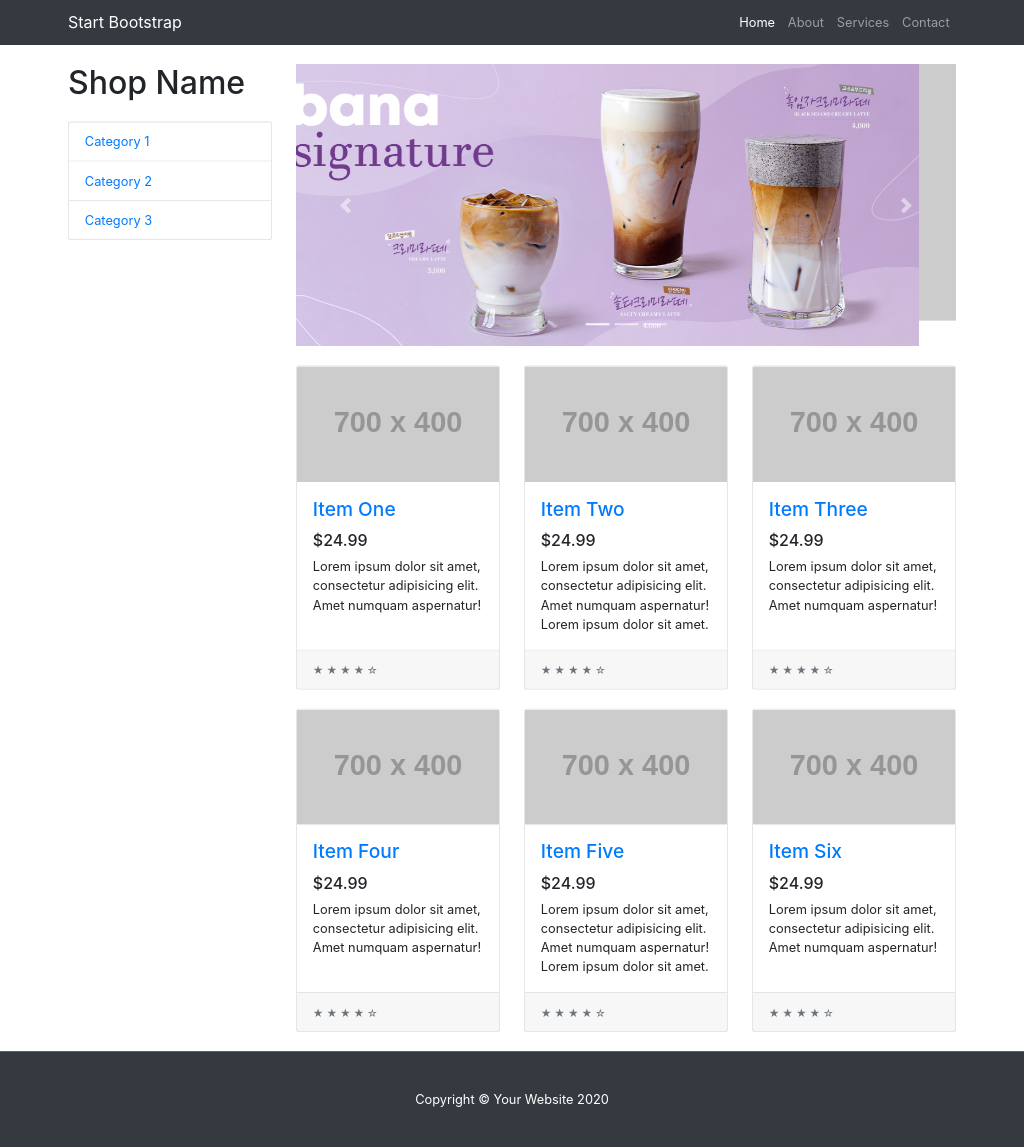
Repository: InKyu24/STS_Workspace
Page: SpringBoot01_Mybatis_Cafe2/src/main/resources/static/index.html
The author's editor kept a copy of each file at every save. The page is drawn from the files as they stood at one save, then again after the next save.
The browser window is 1280 px wide. The pictures show the whole page, at 80% of full size.

Above is the page before, as saved 2021-03-23 04:44:06.

### SpringBoot01_Mybatis_Cafe2/src/main/resources/static/index.html
<!DOCTYPE html>
<html lang="en">

<head>

  <meta charset="utf-8">
  <meta name="viewport" content="width=device-width, initial-scale=1, shrink-to-fit=no">
  <meta name="description" content="">
  <meta name="author" content="">

  <title>Shop Homepage - Start Bootstrap Template</title>

  <!-- Bootstrap core CSS -->
  <link href="vendor/bootstrap/css/bootstrap.min.css" rel="stylesheet">

  <!-- Custom styles for this template -->
  <link href="css/shop-homepage.css" rel="stylesheet">

</head>

<body>

  <!-- Navigation -->
  <nav class="navbar navbar-expand-lg navbar-dark bg-dark fixed-top">
    <div class="container">
      <a class="navbar-brand" href="#">Start Bootstrap</a>
      <button class="navbar-toggler" type="button" data-toggle="collapse" data-target="#navbarResponsive" aria-controls="navbarResponsive" aria-expanded="false" aria-label="Toggle navigation">
        <span class="navbar-toggler-icon"></span>
      </button>
      <div class="collapse navbar-collapse" id="navbarResponsive">
        <ul class="navbar-nav ml-auto">
          <li class="nav-item active">
            <a class="nav-link" href="#">Home
              <span class="sr-only">(current)</span>
            </a>
          </li>
          <li class="nav-item">
            <a class="nav-link" href="#">About</a>
          </li>
          <li class="nav-item">
            <a class="nav-link" href="#">Services</a>
          </li>
          <li class="nav-item">
            <a class="nav-link" href="#">Contact</a>
          </li>
        </ul>
      </div>
    </div>
  </nav>

  <!-- Page Content -->
  <div class="container">

    <div class="row">

      <div class="col-lg-3">

        <h1 class="my-4">Shop Name</h1>
        <div class="list-group">
          <a href="#" class="list-group-item">Category 1</a>
          <a href="#" class="list-group-item">Category 2</a>
          <a href="#" class="list-group-item">Category 3</a>
        </div>

      </div>
      <!-- /.col-lg-3 -->

      <div class="col-lg-9">

        <div id="carouselExampleIndicators" class="carousel slide my-4" data-ride="carousel">
          <ol class="carousel-indicators">
            <li data-target="#carouselExampleIndicators" data-slide-to="0" class="active"></li>
            <li data-target="#carouselExampleIndicators" data-slide-to="1"></li>
            <li data-target="#carouselExampleIndicators" data-slide-to="2"></li>
          </ol>
          <div class="carousel-inner" role="listbox">
            <div class="carousel-item active">
              <img class="d-block img-fluid" src="img/2009_크리미라떼3종_상단배너.jpg" alt="First slide">
            </div>
            <div class="carousel-item">
              <img class="d-block img-fluid" src="http://placehold.it/900x350" alt="Second slide">
            </div>
            <div class="carousel-item">
              <img class="d-block img-fluid" src="http://placehold.it/900x350" alt="Third slide">
            </div>
          </div>
          <a class="carousel-control-prev" href="#carouselExampleIndicators" role="button" data-slide="prev">
            <span class="carousel-control-prev-icon" aria-hidden="true"></span>
            <span class="sr-only">Previous</span>
          </a>
          <a class="carousel-control-next" href="#carouselExampleIndicators" role="button" data-slide="next">
            <span class="carousel-control-next-icon" aria-hidden="true"></span>
            <span class="sr-only">Next</span>
          </a>
        </div>

        <div class="row">

          <div class="col-lg-4 col-md-6 mb-4">
            <div class="card h-100">
              <a href="#"><img class="card-img-top" src="http://placehold.it/700x400" alt=""></a>
              <div class="card-body">
                <h4 class="card-title">
                  <a href="#">Item One</a>
                </h4>
                <h5>$24.99</h5>
                <p class="card-text">Lorem ipsum dolor sit amet, consectetur adipisicing elit. Amet numquam aspernatur!</p>
              </div>
              <div class="card-footer">
                <small class="text-muted">&#9733; &#9733; &#9733; &#9733; &#9734;</small>
              </div>
            </div>
          </div>

          <div class="col-lg-4 col-md-6 mb-4">
            <div class="card h-100">
              <a href="#"><img class="card-img-top" src="http://placehold.it/700x400" alt=""></a>
              <div class="card-body">
                <h4 class="card-title">
                  <a href="#">Item Two</a>
                </h4>
                <h5>$24.99</h5>
                <p class="card-text">Lorem ipsum dolor sit amet, consectetur adipisicing elit. Amet numquam aspernatur! Lorem ipsum dolor sit amet.</p>
              </div>
              <div class="card-footer">
                <small class="text-muted">&#9733; &#9733; &#9733; &#9733; &#9734;</small>
              </div>
            </div>
          </div>

          <div class="col-lg-4 col-md-6 mb-4">
            <div class="card h-100">
              <a href="#"><img class="card-img-top" src="http://placehold.it/700x400" alt=""></a>
              <div class="card-body">
                <h4 class="card-title">
                  <a href="#">Item Three</a>
                </h4>
                <h5>$24.99</h5>
                <p class="card-text">Lorem ipsum dolor sit amet, consectetur adipisicing elit. Amet numquam aspernatur!</p>
              </div>
              <div class="card-footer">
                <small class="text-muted">&#9733; &#9733; &#9733; &#9733; &#9734;</small>
              </div>
            </div>
          </div>

          <div class="col-lg-4 col-md-6 mb-4">
            <div class="card h-100">
              <a href="#"><img class="card-img-top" src="http://placehold.it/700x400" alt=""></a>
              <div class="card-body">
                <h4 class="card-title">
                  <a href="#">Item Four</a>
                </h4>
                <h5>$24.99</h5>
                <p class="card-text">Lorem ipsum dolor sit amet, consectetur adipisicing elit. Amet numquam aspernatur!</p>
              </div>
              <div class="card-footer">
                <small class="text-muted">&#9733; &#9733; &#9733; &#9733; &#9734;</small>
              </div>
            </div>
          </div>

          <div class="col-lg-4 col-md-6 mb-4">
            <div class="card h-100">
              <a href="#"><img class="card-img-top" src="http://placehold.it/700x400" alt=""></a>
              <div class="card-body">
                <h4 class="card-title">
                  <a href="#">Item Five</a>
                </h4>
                <h5>$24.99</h5>
                <p class="card-text">Lorem ipsum dolor sit amet, consectetur adipisicing elit. Amet numquam aspernatur! Lorem ipsum dolor sit amet.</p>
              </div>
              <div class="card-footer">
                <small class="text-muted">&#9733; &#9733; &#9733; &#9733; &#9734;</small>
              </div>
            </div>
          </div>

          <div class="col-lg-4 col-md-6 mb-4">
            <div class="card h-100">
              <a href="#"><img class="card-img-top" src="http://placehold.it/700x400" alt=""></a>
              <div class="card-body">
                <h4 class="card-title">
                  <a href="#">Item Six</a>
                </h4>
                <h5>$24.99</h5>
                <p class="card-text">Lorem ipsum dolor sit amet, consectetur adipisicing elit. Amet numquam aspernatur!</p>
              </div>
              <div class="card-footer">
                <small class="text-muted">&#9733; &#9733; &#9733; &#9733; &#9734;</small>
              </div>
            </div>
          </div>

        </div>
        <!-- /.row -->

      </div>
      <!-- /.col-lg-9 -->

    </div>
    <!-- /.row -->

  </div>
  <!-- /.container -->

  <!-- Footer -->
  <footer class="py-5 bg-dark">
    <div class="container">
      <p class="m-0 text-center text-white">Copyright &copy; Your Website 2020</p>
    </div>
    <!-- /.container -->
  </footer>

  <!-- Bootstrap core JavaScript -->
  <script src="vendor/jquery/jquery.min.js"></script>
  <script src="vendor/bootstrap/js/bootstrap.bundle.min.js"></script>

</body>

</html>

Loaded but not shown: SpringBoot01_Mybatis_Cafe2/src/main/resources/static/vendor/bootstrap/css/bootstrap.min.css (library); SpringBoot01_Mybatis_Cafe2/src/main/resources/static/css/shop-homepage.css (common file); SpringBoot01_Mybatis_Cafe2/src/main/resources/static/vendor/jquery/jquery.min.js (library); SpringBoot01_Mybatis_Cafe2/src/main/resources/static/vendor/bootstrap/js/bootstrap.bundle.min.js (library)

After the next save:
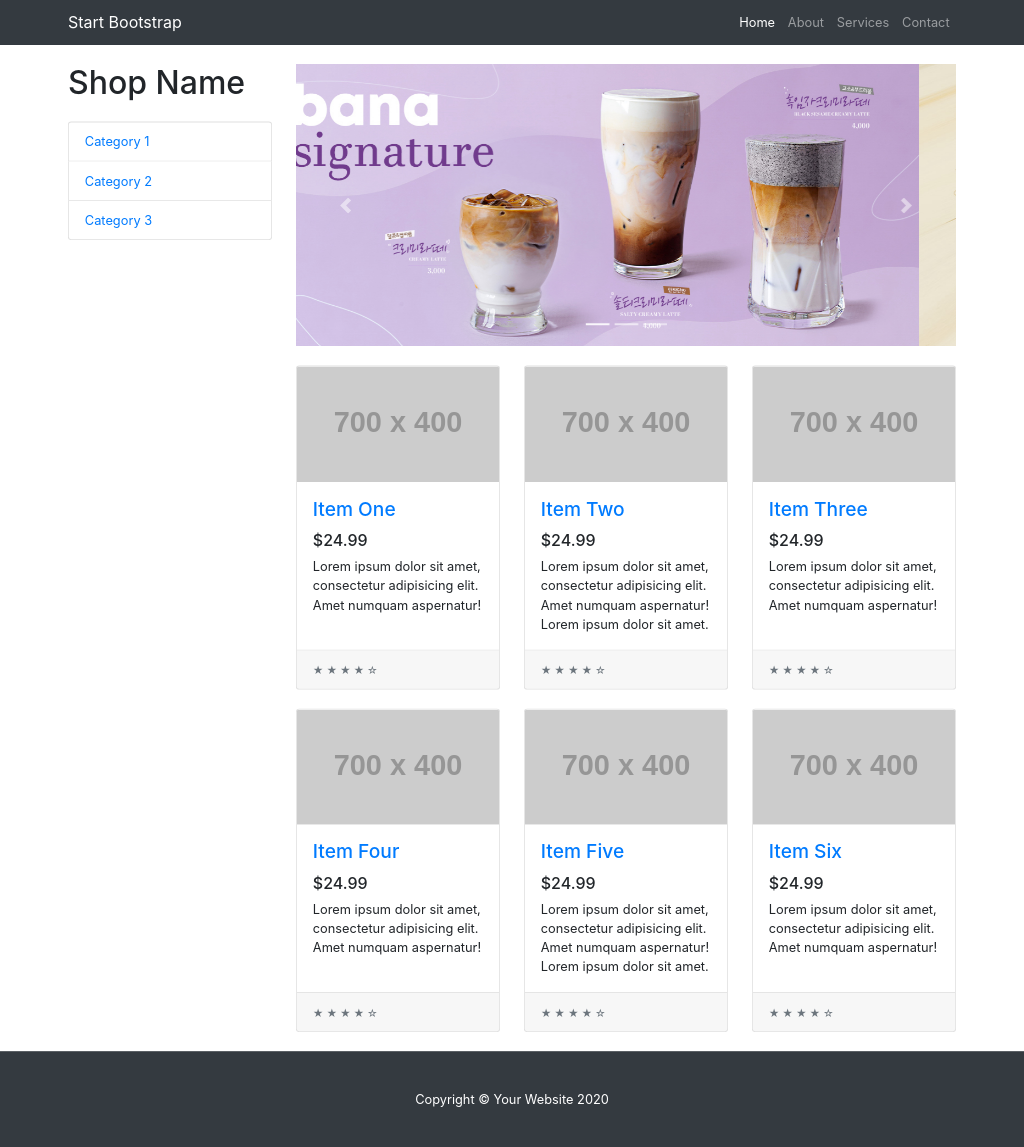
Saved 72 s later.
--- a/SpringBoot01_Mybatis_Cafe2/src/main/resources/static/index.html
+++ b/SpringBoot01_Mybatis_Cafe2/src/main/resources/static/index.html
@@ -78,10 +78,10 @@
               <img class="d-block img-fluid" src="img/2009_크리미라떼3종_상단배너.jpg" alt="First slide">
             </div>
             <div class="carousel-item">
-              <img class="d-block img-fluid" src="http://placehold.it/900x350" alt="Second slide">
+              <img class="d-block img-fluid" src="img/2010_디카페인_상단배너.jpg" alt="Second slide">
             </div>
             <div class="carousel-item">
-              <img class="d-block img-fluid" src="http://placehold.it/900x350" alt="Third slide">
+              <img class="d-block img-fluid" src="img/2101_바나프레소_도넛6종_상단배너.jpg" alt="Third slide">
             </div>
           </div>
           <a class="carousel-control-prev" href="#carouselExampleIndicators" role="button" data-slide="prev">
